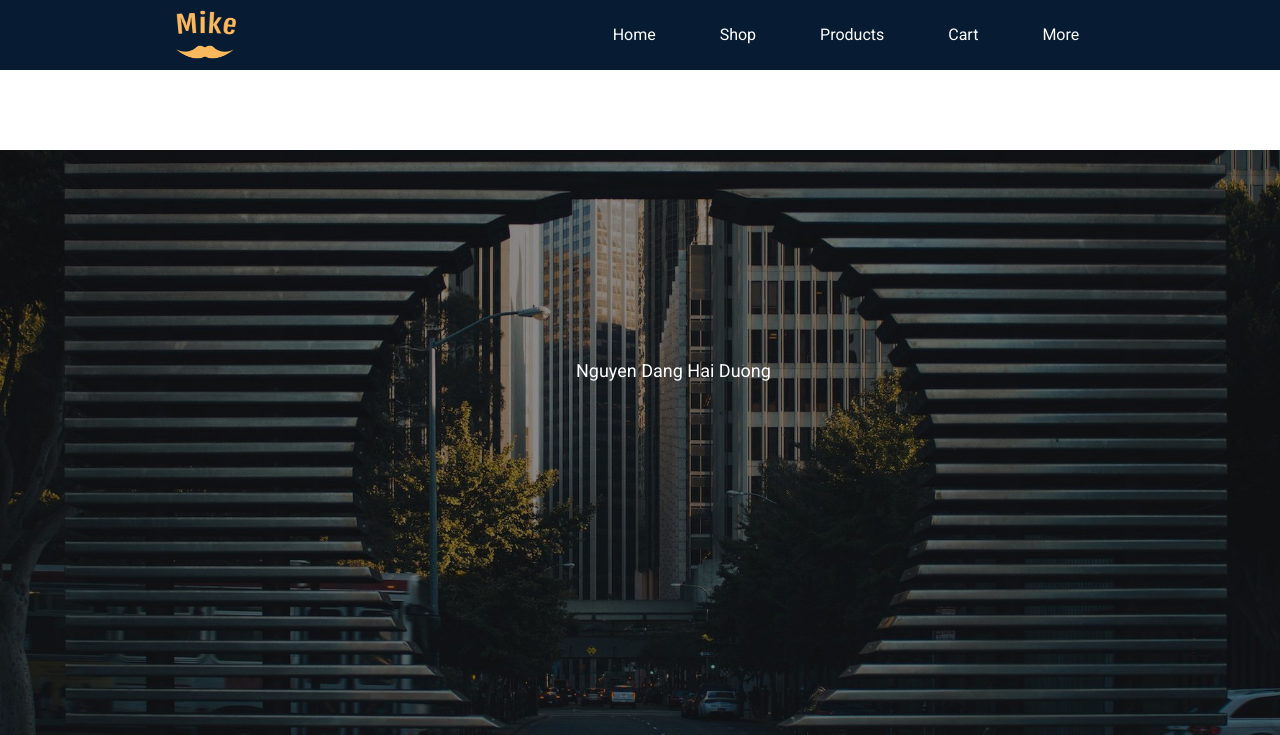
Repository: haiduong7499/Personal-Profile
Page: index.html
An editor plug-in stored every save of this project. The page is shown before and after the next save, followed by the edit.
The browser window is 1280 px wide. The pictures show the whole page.

Above is the page before, as saved 2021-02-27 17:07:38.

After the next save:
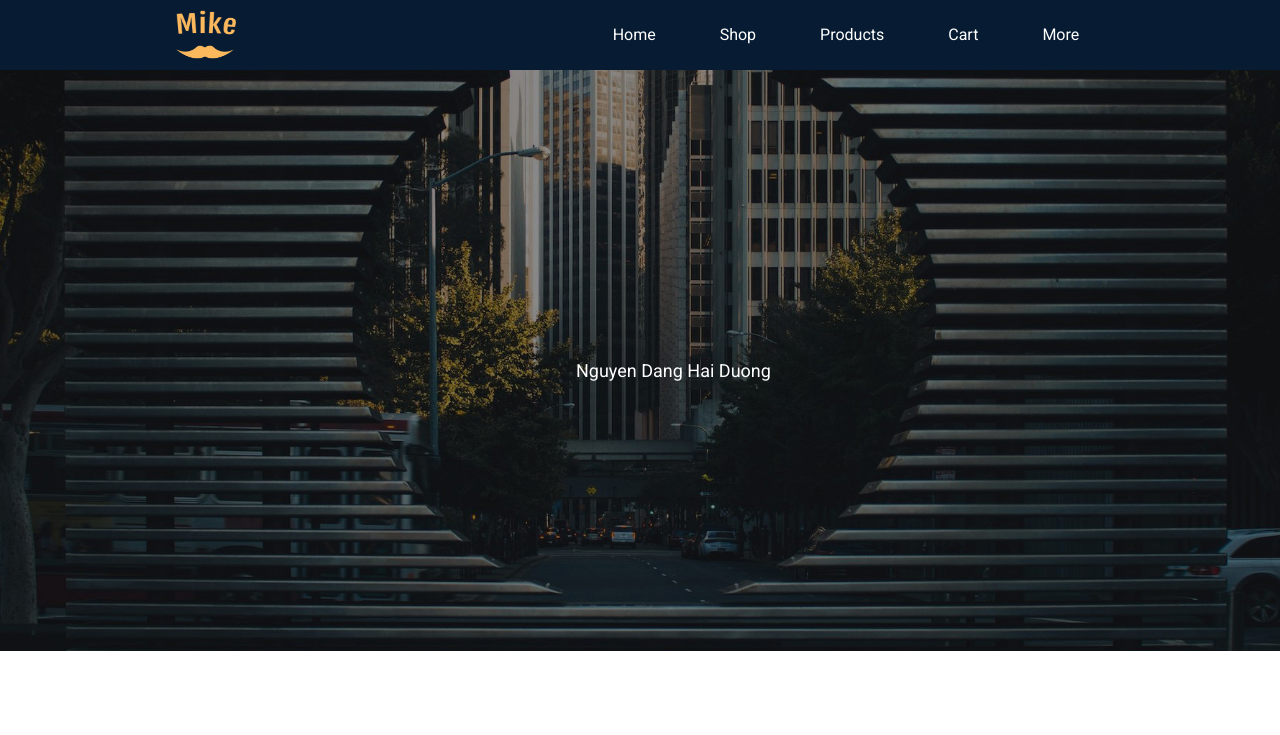
Saved 16 s later.
--- a/style/style.css
+++ b/style/style.css
@@ -46,7 +46,7 @@
 }
 
 .banner img{
-    top: 80px;
+    top: -80px;
     position: relative;
     width:100%;
 }
